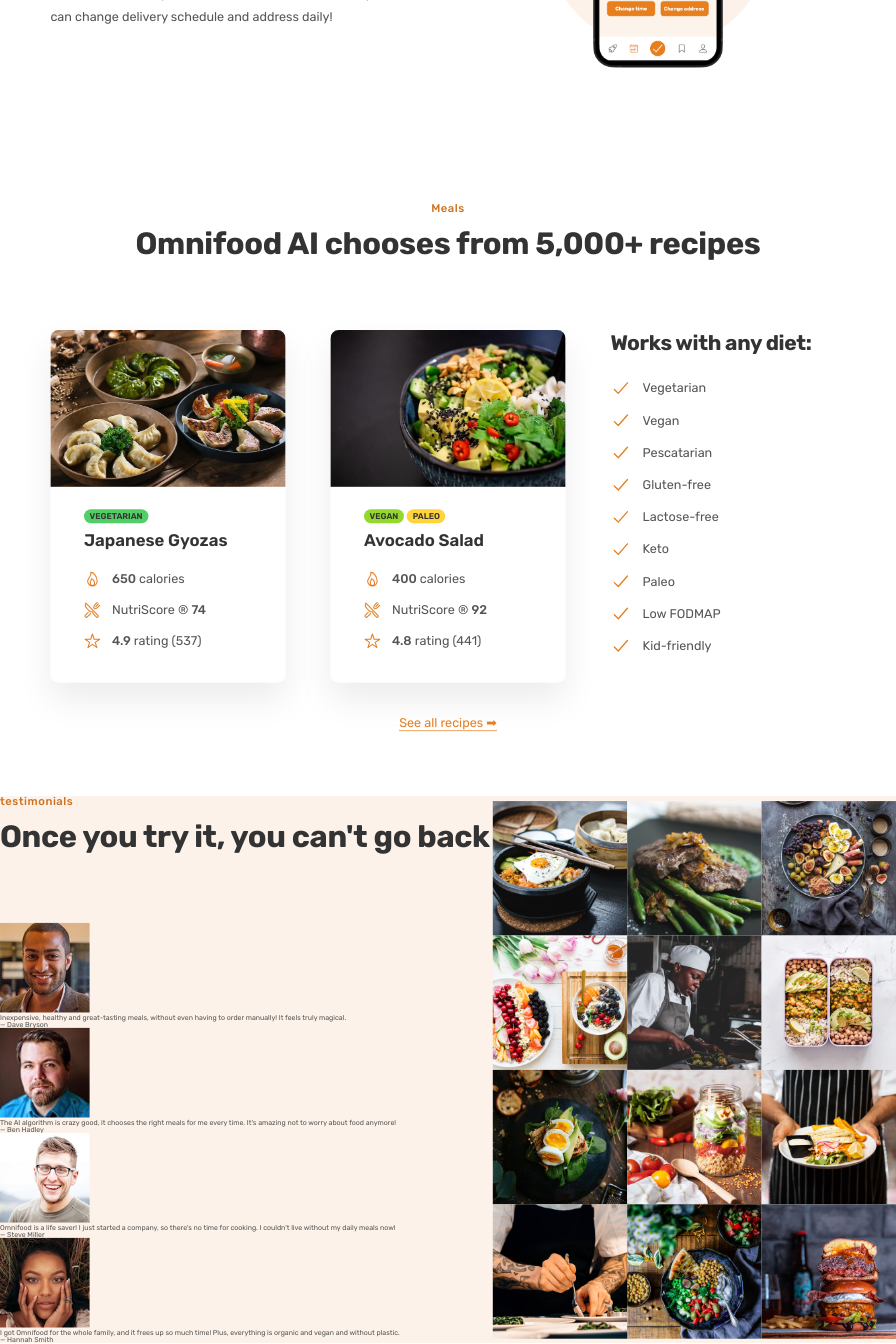
Repository: TranPhucThinh/Omnifood
Page: index.html
An editor plug-in stored every save of this project. The page is shown before and after the next save, followed by the edit.
The browser window is 1280 px wide. The pictures show the part of the page from y = 2458 to 4378 px (the page is 4378 px tall), at 70% of full size.

Above is the page before, as saved 2022-08-06 21:37:25.

After the next save:
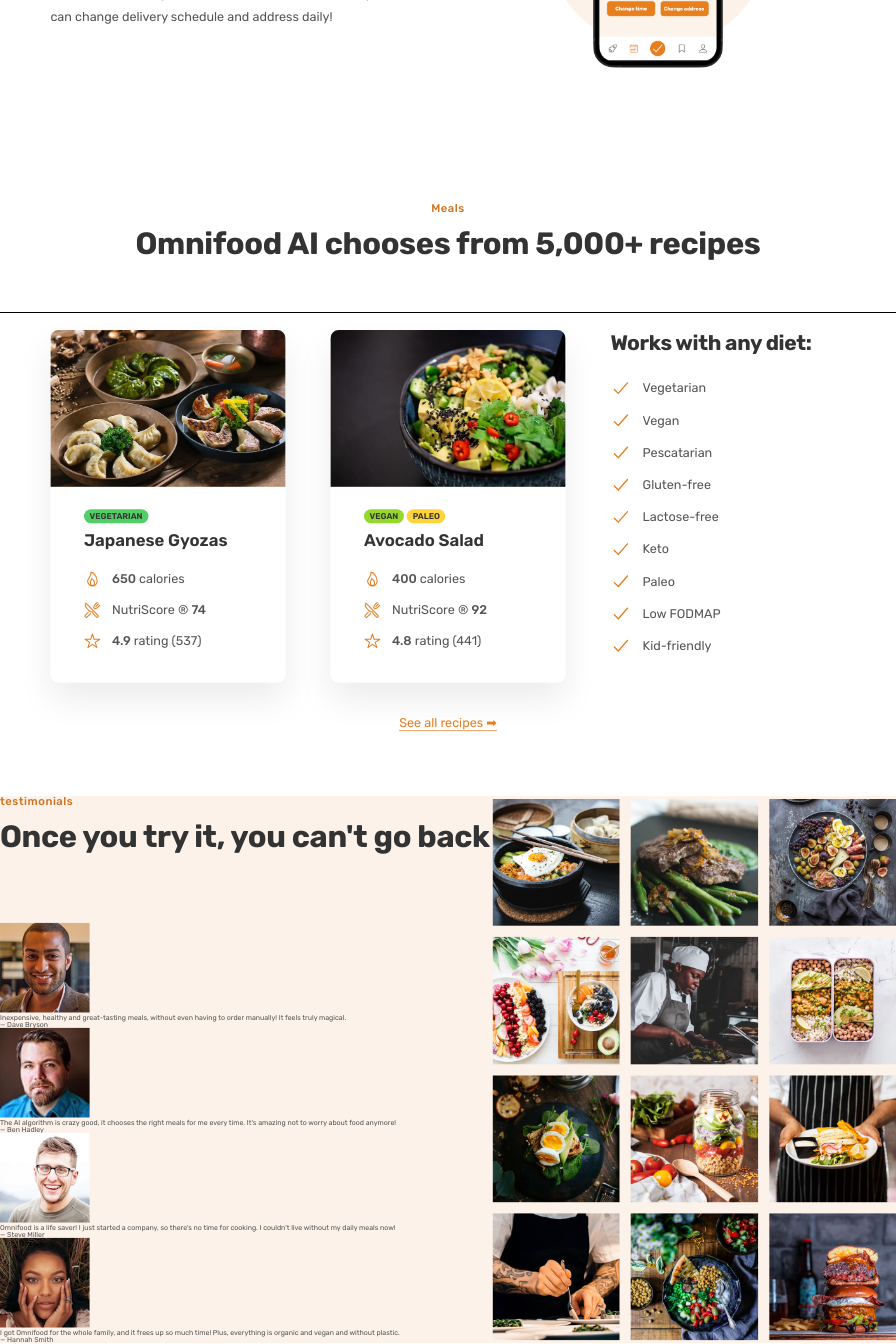
Saved 8 s later.
--- a/assets/styles/style.css
+++ b/assets/styles/style.css
@@ -306,6 +306,7 @@
 .gallery {
   display: grid;
   grid-template-columns: repeat(3, 1fr);
+  gap: 1.6rem;
 }
 
 .gallery-item {
